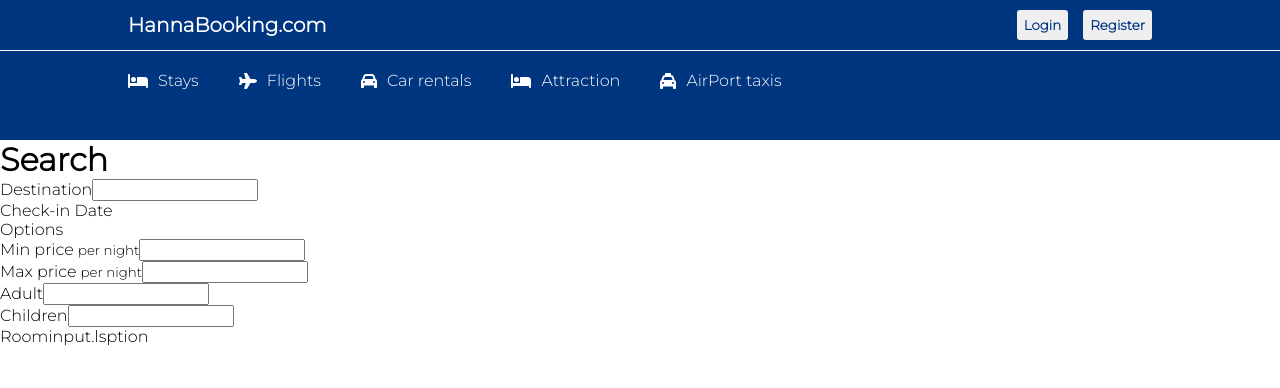
Repository: truongnguyenuit/BookingWebApp
Page: /hotels
These files come from the project's save history. The page is drawn as it stood at one moment and after a run of saves; the edit follows.
The browser window is 1280 px wide. The pictures show the whole page.
The project was rebuilt for these pictures with package versions that can differ from the ones it lists, and the page was loaded fresh each time. Also part of the build but not shown: src/components/featured/featured.css, src/components/featured/Featured.jsx, src/components/propertyList/propertyList.css, src/components/propertyList/PropertyList.jsx, src/components/featuredProperties/featuredProperties.css, src/components/featuredProperties/FeaturedProperties.jsx, src/components/mailList/mailList.css, src/components/mailList/MailList.jsx and 7 more.

Above is the page before, as saved 2022-06-13 10:44:30.

After the next 7 saves:
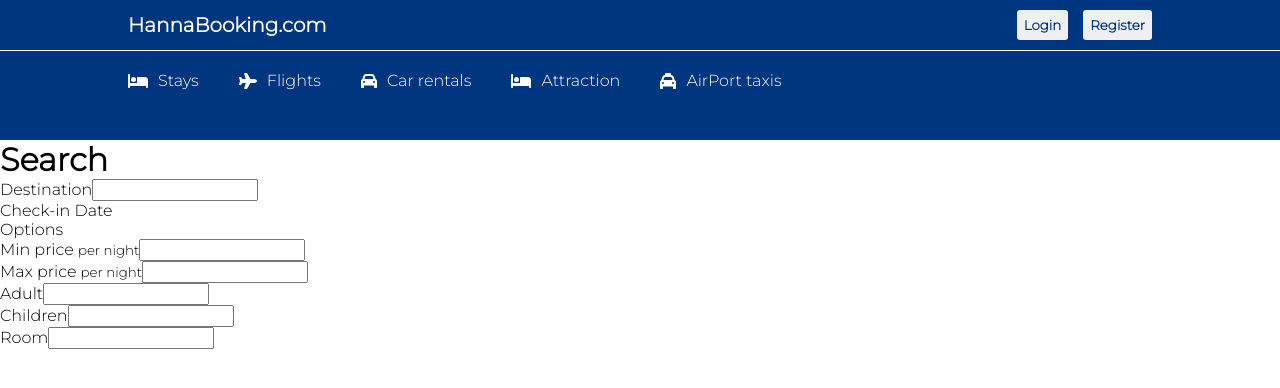
The 7 saves are shown as one change because they came seconds apart.
The last was saved 19 s later.
--- a/src/pages/list/List.jsx
+++ b/src/pages/list/List.jsx
@@ -67,7 +67,10 @@ const List = () => {
 
                 <div className="lsOptionItem">
                   <span className="lsOptionText">Room</span>
-                  input.lsption
+                  <input
+                    type="number"
+                    min={1}
+                    className="lsptionInput" />
                 </div>
 
               </div>
